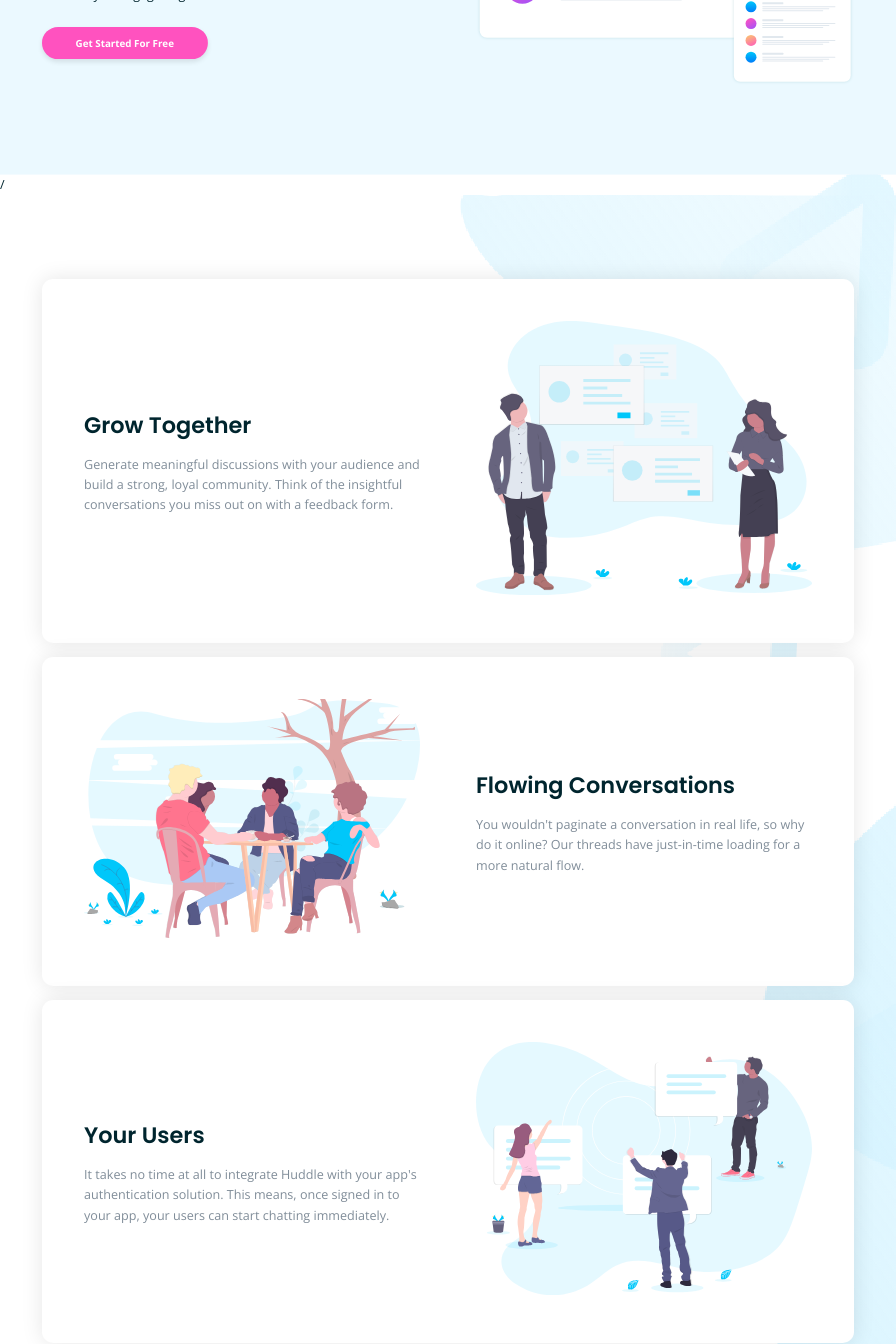
Repository: blordeus/huddle-landing-page
Page: index.html
An editor plug-in stored every save of this project. The page is shown before and after a run of saves, followed by the edit.
The browser window is 1280 px wide. The pictures show the part of the page from y = 438 to 2358 px (the page is 3334 px tall), at 70% of full size.

Above is the page before, as saved 2025-07-01 11:31:59.

After the next 3 saves:
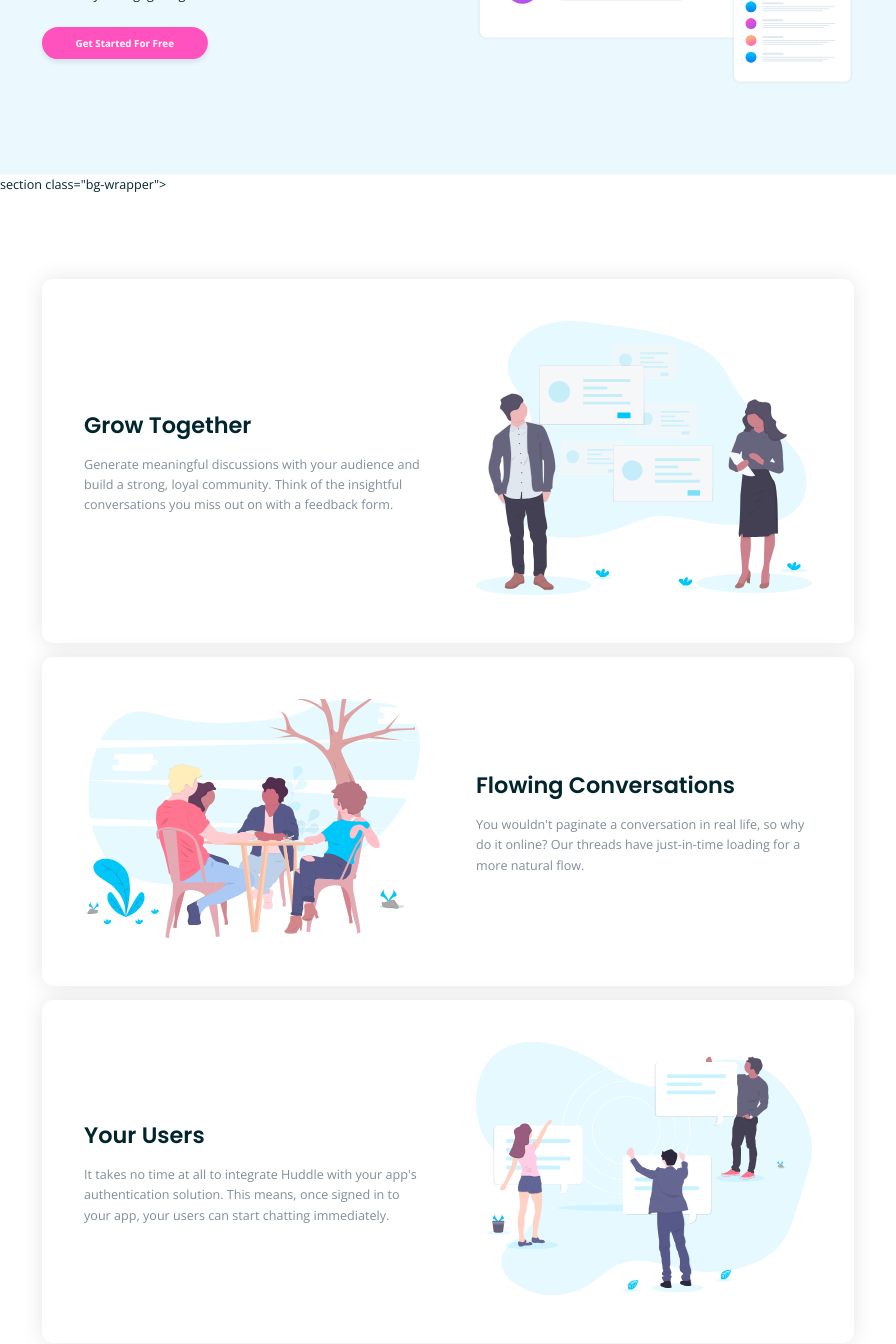
The 3 saves are shown as one change because they came seconds apart.
The last was saved 7 s later.
--- a/index.html
+++ b/index.html
@@ -43,7 +43,7 @@
       </div>
     </div>
   </div>
-    /<section class="bg-wrapper">
+  </section>section class="bg-wrapper">
 
 
   <!-- Features Section -->
